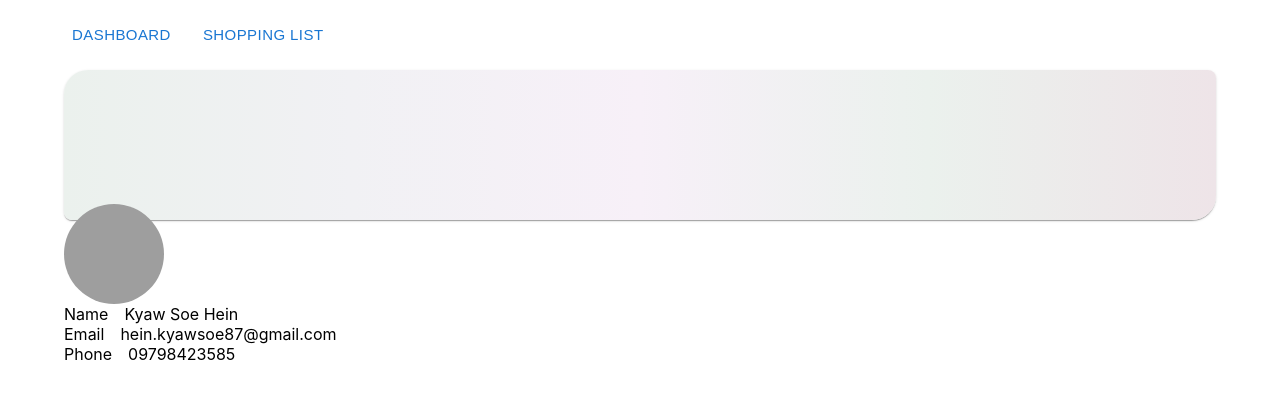
Repository: KyawSoeHein/GoogleAuthReact
Page: /
The author's editor kept a copy of each file at every save. The page is drawn from the files as they stood at one save, then again after the next save.
The browser window is 1280 px wide. The pictures show the whole page.
Pictures or frames that could not be fetched are drawn as grey boxes. The project was rebuilt for these pictures with package versions that can differ from the ones it lists, and the page was loaded fresh each time. Also part of the build but not shown: src/App.css.

Above is the page before, as saved 2022-02-14 19:33:24.

After the next save:
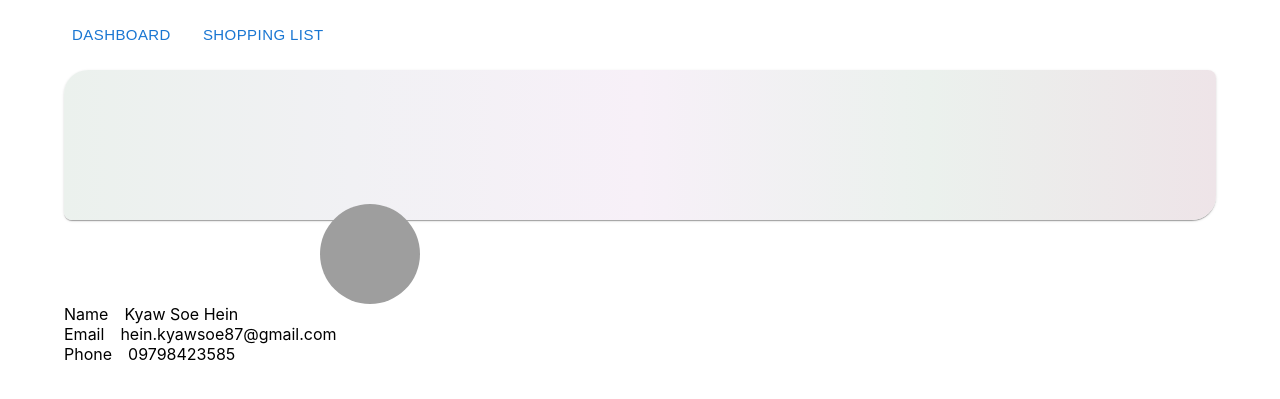
Saved 15 s later.
--- a/src/Components/CoverAndProfilePhoto.tsx
+++ b/src/Components/CoverAndProfilePhoto.tsx
@@ -21,7 +21,7 @@ const CoverAndProfilePhoto = () => {
       <Avatar
         alt="Remy Sharp"
         src="/static/images/avatar/1.jpg"
-        sx={{ width: 100, height: 100, marginTop: -2 }}
+        sx={{ width: 100, height: 100, marginTop: -2, marginLeft: 32 }}
       />
     </div>
   );
